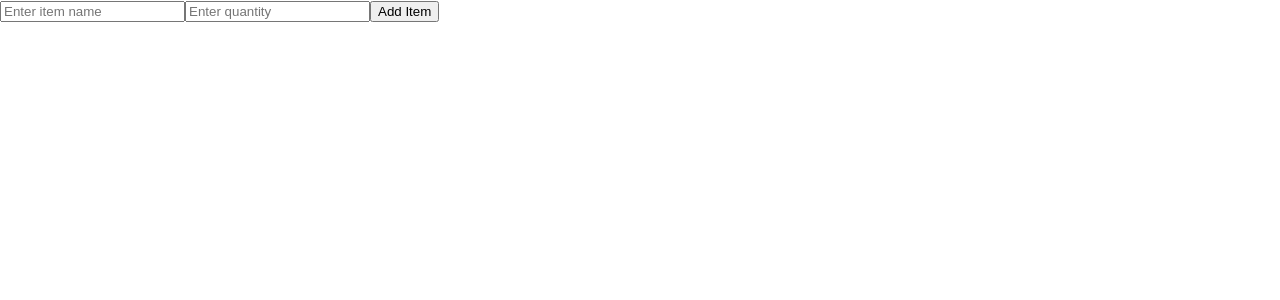
Repository: Juan-Christian-2711/todo
Page: / (app in frontend/)
These files come from the project's save history. The page is drawn as it stood at one moment and after the next save; the edit follows.
The browser window is 1280 px wide. The pictures show the whole page.
The project was rebuilt for these pictures with package versions that can differ from the ones it lists, and the page was loaded fresh each time.

Above is the page before, as saved 2024-03-30 14:49:30.

After the next save:
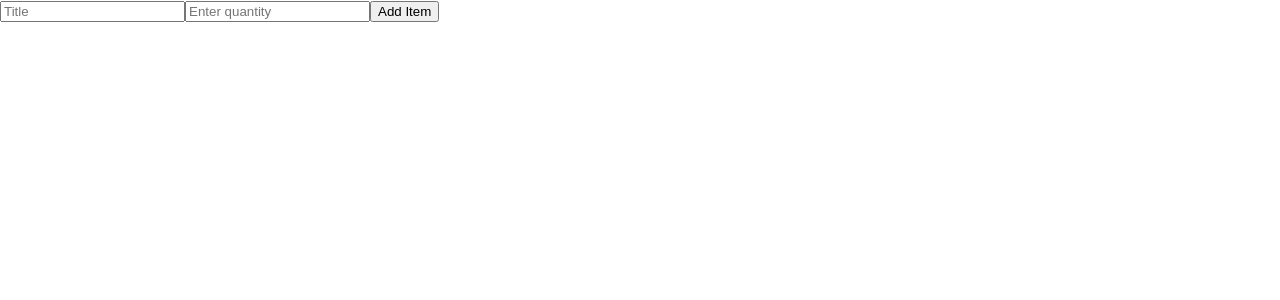
Saved 14 s later.
--- a/frontend/src/App.js
+++ b/frontend/src/App.js
@@ -27,7 +27,7 @@ function App() {
       <form onSubmit={handleSubmit}>
         <input
           type="text"
-          placeholder="Enter item name"
+          placeholder="Title"
           value={name}
           onChange={handleNameChange}
         />
